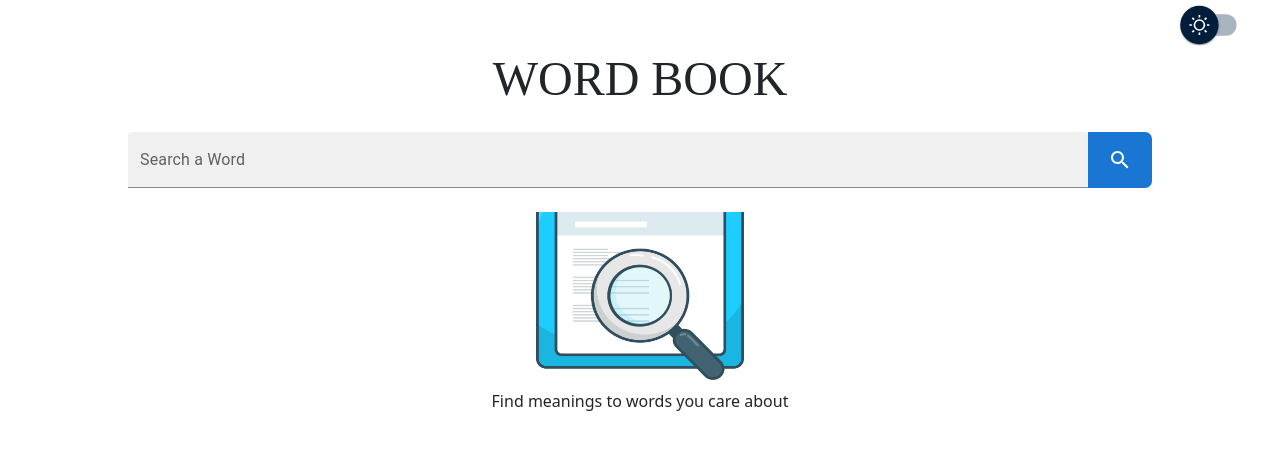
Repository: marveldev/my-dictionary
Page: /
These files come from the project's save history. The page is drawn as it stood at one moment and after a run of saves; the edit follows.
The browser window is 1280 px wide. The pictures show the whole page.
The project was rebuilt for these pictures with package versions that can differ from the ones it lists, and the page was loaded fresh each time. Also part of the build but not shown: src/components/themeSwitcher/MUISwitch.jsx.

Above is the page before, as saved 2022-05-29 18:41:09.

After the next 2 saves:
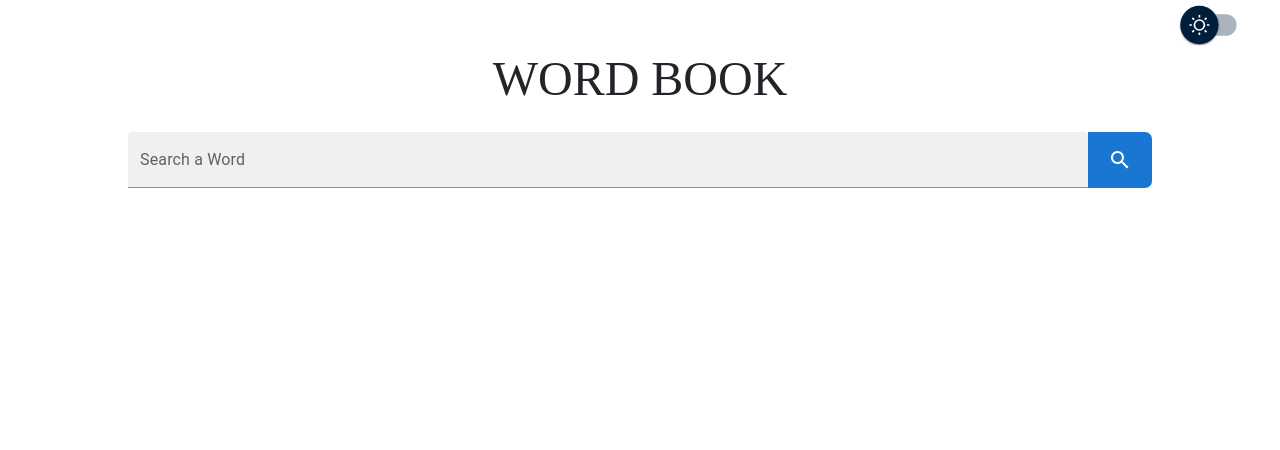
The 2 saves are shown as one change because 1 did not build or start.
The last was saved 102 s later.
--- a/src/components/output/Output.jsx
+++ b/src/components/output/Output.jsx
@@ -24,7 +24,7 @@
             </div>
           )}
 
-          {definitions?.length <= 0 && (
+          {definitions?.length <= 0 && appMode === 'online' && (
             <div className="text-center">
               <img src={searchIllustration} className="search-illustration" alt="search illustration" />
               <p>Find meanings to words you care about</p>

After the save that followed:
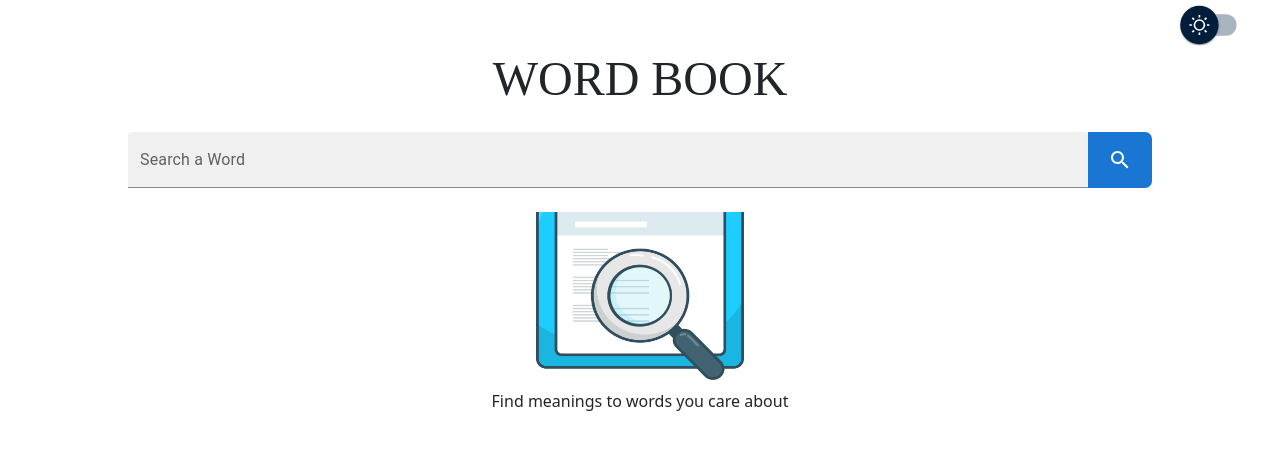
Saved 2 min 16 s later.
--- a/src/components/output/Output.jsx
+++ b/src/components/output/Output.jsx
@@ -24,7 +24,7 @@
             </div>
           )}
 
-          {definitions?.length <= 0 && appMode === 'online' && (
+          {definitions?.length <= 0 && (
             <div className="text-center">
               <img src={searchIllustration} className="search-illustration" alt="search illustration" />
               <p>Find meanings to words you care about</p>
